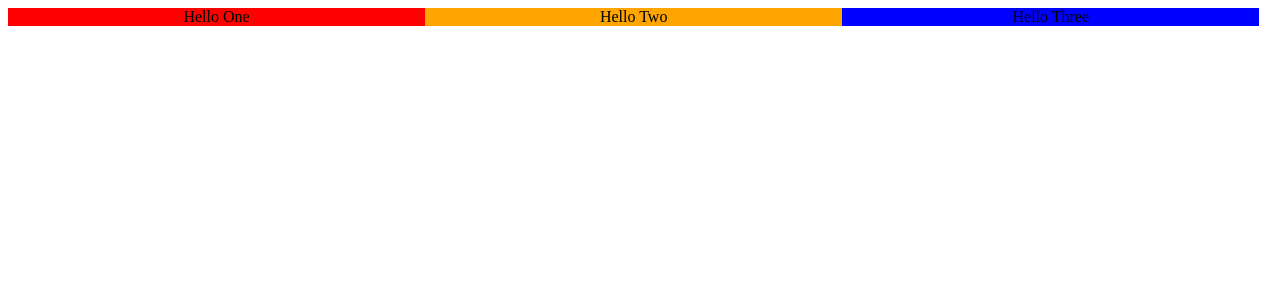
Repository: KarissaCummings1/nycod14-class-demo
Page: index.2.html
The author's editor kept a record of every edit. The page is drawn from the files as they stood at one moment, then again after the next edit.
The browser window is 1280 px wide. The pictures show the whole page.
The pointer rests on the first visible `.hello`.

Above is the page before.

After the next edit:
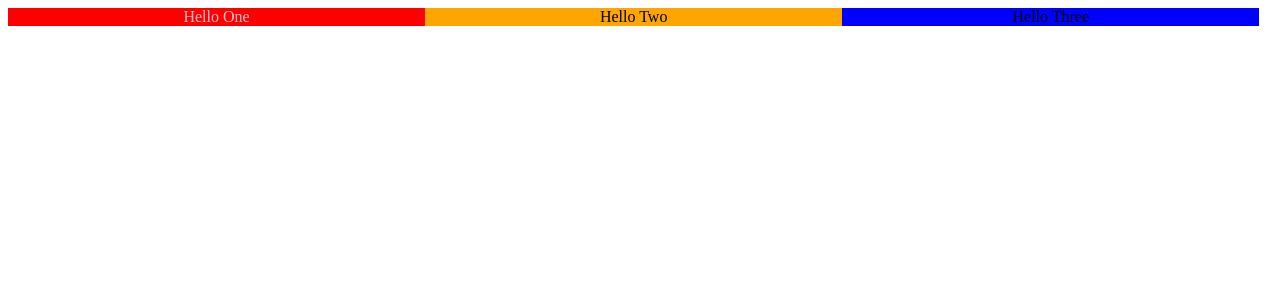
The edit:
--- a/index.2.html
+++ b/index.2.html
@@ -10,6 +10,9 @@
             .hello {
                 width: 33%;
                 text-align: center;
+            }
+            .hello:hover {
+                color: pink;
             }
             .hello:first-child {
                 background-color: red;
